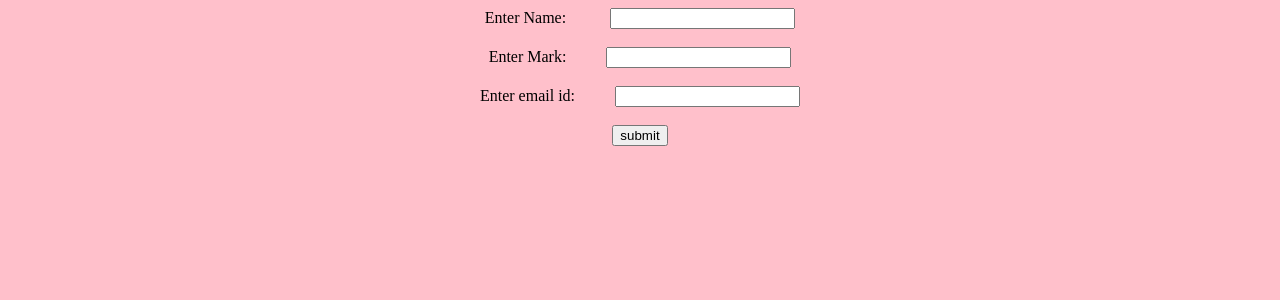
Repository: venkataswamyIppe/HiberntePracticeProblems
Page: http://localhost/HibernateIntegrateWithServlet/
These files come from the project's save history. The page is drawn as it stood at one moment and after the next save; the edit follows.
The browser window is 1280 px wide. The pictures show the whole page.
The page is served by Tomcat 9. Other server files are loaded and not shown.

Above is the page before, as saved 2017-01-30 17:22:08.

### HibernateIntegrateWithServlet/WebContent/Welcome.jsp
<%@ page language="java" contentType="text/html; charset=ISO-8859-1"
	pageEncoding="ISO-8859-1"%>

<html>
<head>
<meta http-equiv="Content-Type" content="text/html; charset=ISO-8859-1">
<title>Welcome</title>
</head>
<body bgcolor="pink">
<center>
	<form name="form1" method="post" action="Home">

		Enter
		Name:&nbsp;&nbsp;&nbsp;&nbsp;&nbsp;&nbsp;&nbsp;&nbsp;&nbsp;&nbsp;&nbsp;<input
			type="text" name="name"></input><br />
		<br /> Enter
		Mark:&nbsp;&nbsp;&nbsp;&nbsp;&nbsp;&nbsp;&nbsp;&nbsp;&nbsp;&nbsp;<input
			type="text" name="marks"></input><br />
		<br /> Enter email
		id:&nbsp;&nbsp;&nbsp;&nbsp;&nbsp;&nbsp;&nbsp;&nbsp;&nbsp;&nbsp;<input
			type="text" name="email"></input><br />
		<br /> <input type="submit" value="submit" name="submit">
	</form>
	</center>
</body>
</html>

After the next save:
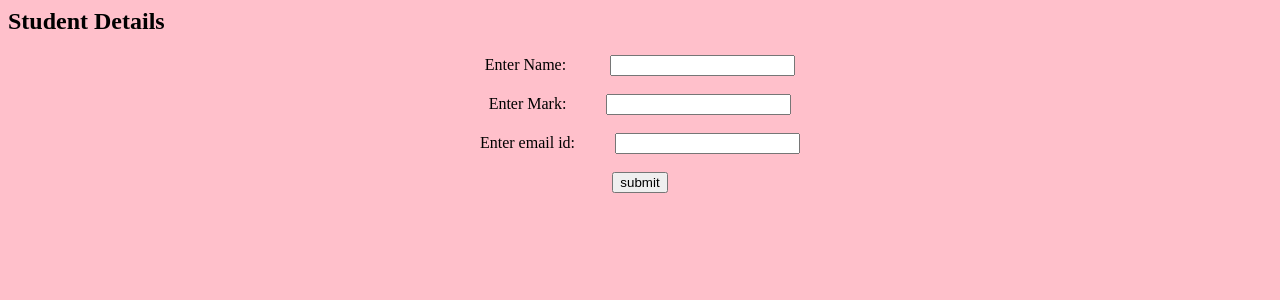
Saved 59 s later.
--- a/HibernateIntegrateWithServlet/WebContent/Welcome.jsp
+++ b/HibernateIntegrateWithServlet/WebContent/Welcome.jsp
@@ -7,6 +7,7 @@
 <title>Welcome</title>
 </head>
 <body bgcolor="pink">
+<h2>Student Details</h2>
 <center>
 	<form name="form1" method="post" action="Home">
 
